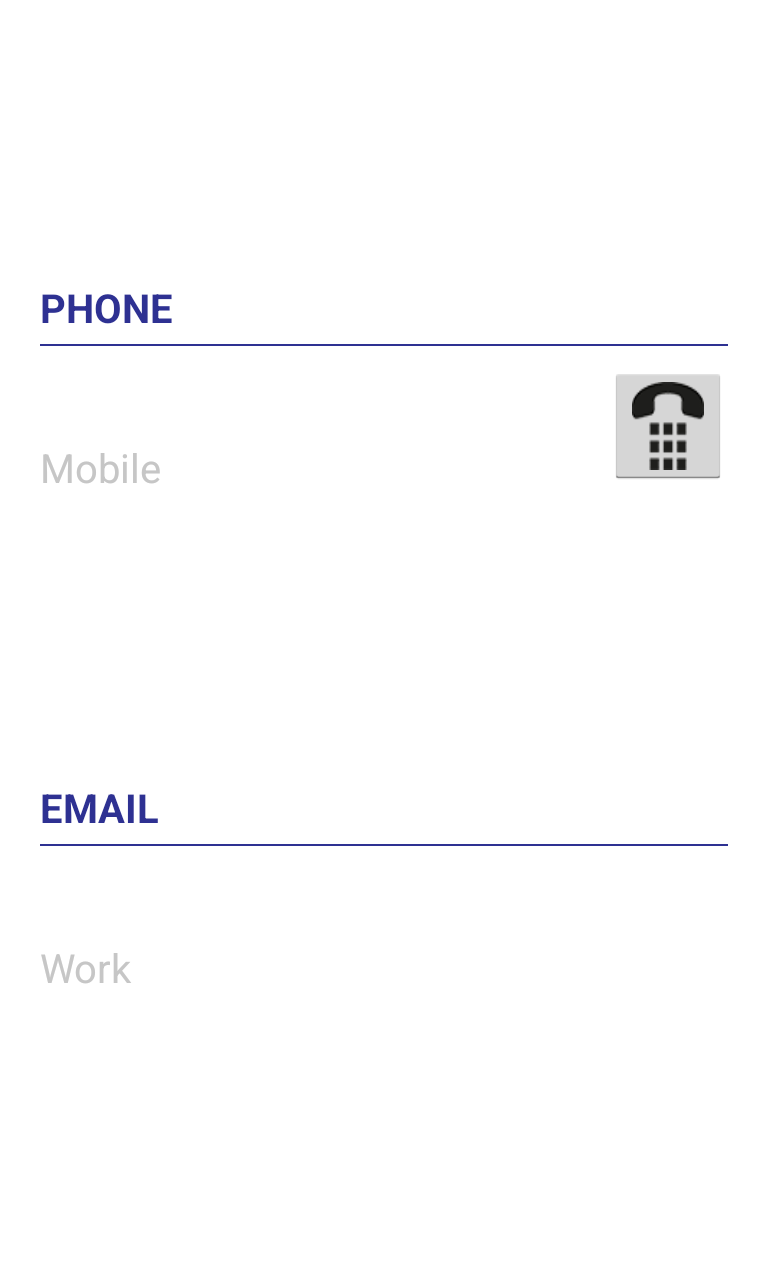
Repository: GitDidNotExitCleanly/FaceLabel
Layout: FaceLabel/res/layout/fragment_member_display.xml
An editor plug-in stored every save of this project. The layout is shown before and after the next save, followed by the edit.
It is drawn on a 768 x 1280 px phone screen (xhdpi) without system bars, with theme AppTheme; the app's code is not run.

Above is the layout before, as saved 2015-05-12 15:45:39.

After the next save:
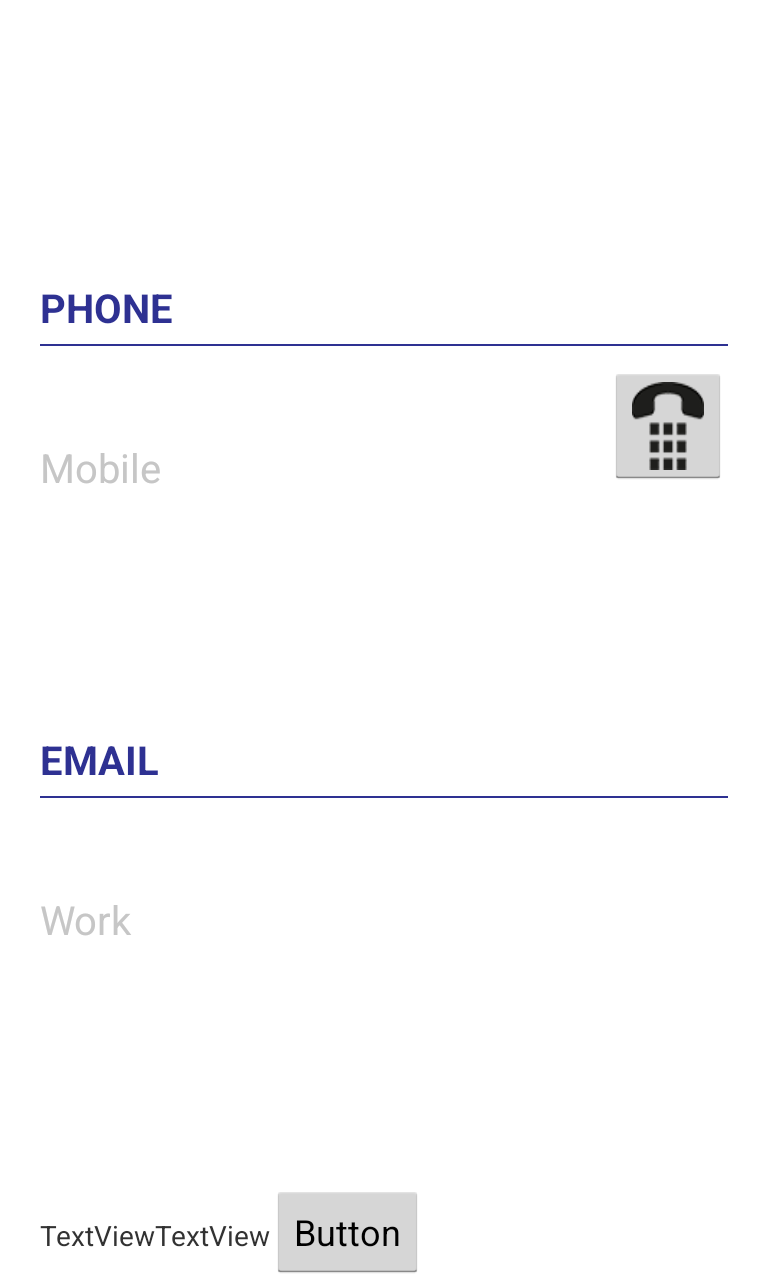
Saved 78 min 19 s later.
--- a/FaceLabel/res/layout/fragment_member_display.xml
+++ b/FaceLabel/res/layout/fragment_member_display.xml
@@ -136,4 +136,29 @@
 
     </LinearLayout>
 
+    <LinearLayout
+        android:layout_width="match_parent"
+        android:layout_height="wrap_content"
+        android:background="@drawable/list_item_effect" >
+
+        <TextView
+            android:id="@+id/textView1"
+            android:layout_width="wrap_content"
+            android:layout_height="wrap_content"
+            android:text="TextView" />
+
+        <TextView
+            android:id="@+id/textView2"
+            android:layout_width="wrap_content"
+            android:layout_height="wrap_content"
+            android:text="TextView" />
+
+        <Button
+            android:id="@+id/button1"
+            android:layout_width="wrap_content"
+            android:layout_height="wrap_content"
+            android:text="Button" />
+
+    </LinearLayout>
+
 </LinearLayout>
